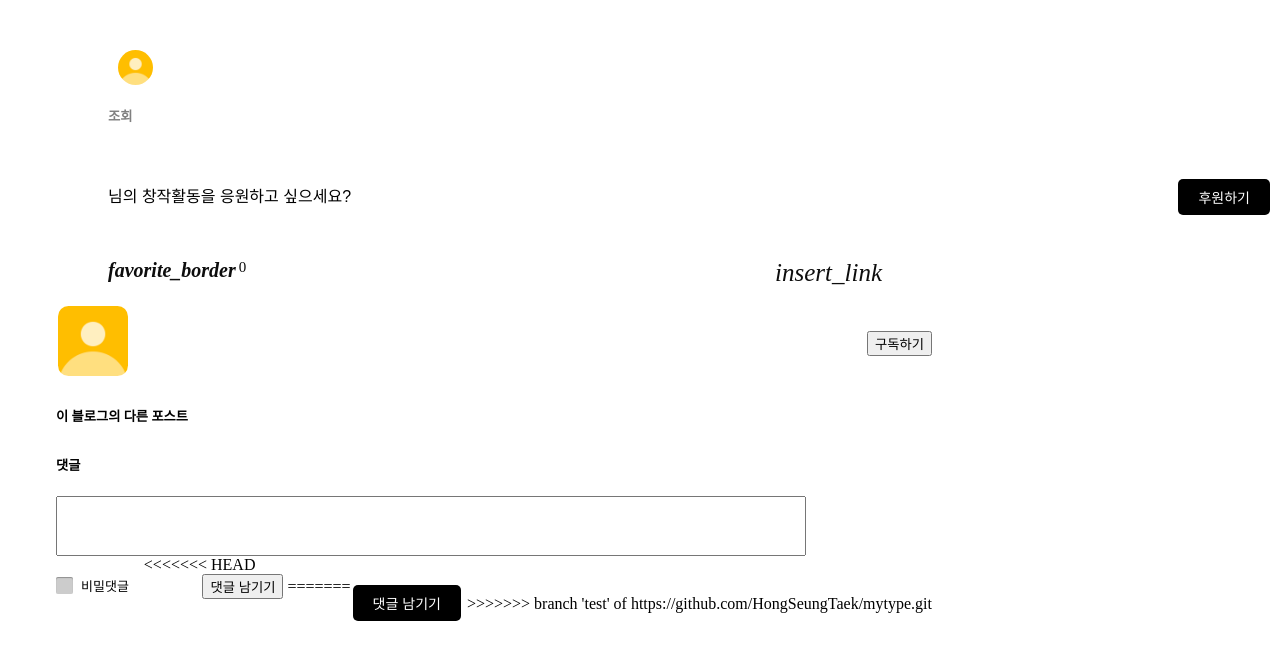
Repository: tiasilrans/N_Mytype
Page: http://localhost/workProject/WEB-INF/view/blog/post/postView.jsp
The author's editor kept a copy of each file at every save. The page is drawn from the files as they stood at one save, then again after the next save.
The browser window is 1280 px wide. The pictures show the whole page.
The page is served by Tomcat 9. Nobody is signed in. Other server files are loaded and not shown. The template is opened directly, without the code that normally fills it, so the values that code supplies are empty.

Above is the page before, as saved 2017-09-18 11:36:04.

### workProject/WebContent/WEB-INF/view/blog/post/postView.jsp
<%@ page language="java" contentType="text/html; charset=UTF-8"
    pageEncoding="UTF-8"%>
<%@ taglib prefix="c" uri="http://java.sun.com/jsp/jstl/core"%>
<link rel="stylesheet" href="/css/postviewcss.css">
<style>
input[type=checkbox] {
	display: none;
}

input[type=checkbox]+label {
	display: inline-block;
	cursor: pointer;
	position: relative;
	padding-left: 25px;
	margin-right: 15px;
	font-size: 13px;
}

input[type=checkbox]+label:before {
	content: "";
	display: inline-block;
	width: 17px;
	height: 17px;
	margin-right: 10px;
	position: absolute;
	left: 0;
	bottom: 1px;
	background-color: #ccc;
	border-radius: 2px;
	box-shadow: inset 0px 1px 1px 0px rgba(0, 0, 0, .3), 0px 1px 0px 0px
		rgba(255, 255, 255, .8);
}

input[type=checkbox]:checked+label:before {
	content: "\2714"; /* 체크모양 */
	text-shadow: 1px 1px 1px rgba(0, 0, 0, .2);
	font-size: 15px;
	font-weight: 800;
	color: #fff;
	background: #1a1a1a;
	text-align: center;
	line-height: 18px;
}
</style>

<div class="content" style="margin-top: 100px; margin-left: 100px; padding: 0px;">
	<div class="container">
		<div class="header">
			<div class="category" style="margin-bottom: 120px; margin-left: 3px;">
				<a style="color: black; font-family: sans-serif;" href="">${post.CATEGORY }</a>
			</div>

			<div style="margin-top: -70px;">
			<h1 class="title" style="font-family: sans-serif; font-weight: bold; color: black;">${post.TITLE }</h1>
			</div>
			<div class="subtitle" style="font-family: sans-serif; color: black; font-size: 18px; margin-left: 3px;">${post.SUBTITLE }</div>
			<div class="profile" style="margin-top: 45px;">
				<div class="media-profile">
                	<div class="media-left" style="margin: 10px;  vertical-align: middle;">
     						<img src="/images/avatar_yellow.png" class="media-object" style="width:45px; border-radius: 30px; width: 35px; height: 35px;">
   					</div>
    				<div class="media-body">
      					<h4 class="media-heading" style="font-family: sans-serif; color: black;">${post.NICKNAME }</h4>
     					<h4 style="font-family: sans-serif; color: #808080;"><small>${post.PDATE }</small> <small>조회 ${post.COUNT }</small></h4>
                	</div>
				</div>
			</div>
		</div>
		<div class="post-content" style="margin-top: 50px; color: black; font-family: sans-serif; font-weight: 700px;">
			<div class="free-content">
				${post.FCONTENT }
			</div>
			<c:choose>
				<c:when test="${post.CCONTENT ne ''}">
					<div class="charged-content">
						${post.CCONTENT }
					</div>
				</c:when>

			</c:choose>
		</div>
		<div class="support" style="display: table; width: 100%;">
			<div class="message" style="display: table-cell; vertical-align: middle; padding-right: .75rem; line-height: 1.25;
			font-family: sans-serif; color: black; font-weight: 800px;">
				${post.nickname }님의 창작활동을 응원하고 싶으세요?

			</div>
			<div style="display: table-cell;">
				<button class="button button1" style="float: right;">후원하기</button>
			</div>
		</div>
		<footer class="post-footer" style="margin-top: 40px;">
		<i class="material-icons" style="font-size: 20px; color: #0d0d0d; float: left; font-weight: bold;">favorite_border</i><span style="margin-left: 3px; color: #0d0d0d; font-size: 15px;">0</span>
		<i class="material-icons" title="링크복사" style="font-size: 25px; color: #0d0d0d; float: right; margin-right: 390px;">insert_link</i>
		</footer>
	</div>
</div>


<!-- 본문 아래 블로그 포스트 목록 * 댓글 -->

<aside class="container aside">
	<!-- 블로그 소개 섹션 -->
	<section class="">
		<div class="body blog-info" style="margin-bottom: 30px; margin-top: 30px;">
			<div class="media" style="margin-left: 50px;">
				<img src="/images/avatar_yellow.png" style="border-radius: 15%; height: 70px; width: 70px;">
			</div>
			<div class="media-body">

			</div>
			<button class="btn btn-default" style="float: right; margin-right: 340px; margin-top: -45px;">구독하기</button>
		</div>
	</section>
	<!-- 블로그 포스트 리스트 섹션 -->
	<section class="">
	<div style="margin-left: 48px; margin-bottom: 30px;">
	<h5>이 블로그의 다른 포스트</h5>
	</div>
	</section>
	<!-- 포스트 댓글 섹션 -->
	<section class="comments">
		<div class="body" style="margin-left: 48px;">
			<h5>댓글</h5>
			<div class="comments" id="comments">
				<form action="">
					<input type="hidden" value="" id="postNum">
					<textarea class="form-control autosize" name="content" id="mention" data-autosize-on="true"
						style="overflow: hidden; word-wrap: break-word; height: 60px; width: 750px; resize: none;"></textarea>
					<div class="clearfix">
	            		<div class="checkbox-wrap" style="float: left; margin-top: 20px;">
		                <input type="checkbox" id="notice" class="checkbox-style"/>
						<label for="notice">비밀댓글</label>
	            		</div>
<<<<<<< HEAD
		            	<div style="float: right;">
		                	<button class="btn btn-primary btn-create-comment">댓글 남기기</button>
=======
		            	<div style="float: right; margin-top: 7px; margin-right: 340px;">
		                	<button class="button button1">댓글 남기기</button>
>>>>>>> branch 'test' of https://github.com/HongSeungTaek/mytype.git
	           			</div>
        			</div>
				</form>
			</div>
		</div>

	</section>

</aside>

### workProject/WebContent/css/postviewcss.css
@CHARSET "utf-8";


.button {
	background-color: white; /*Green */
	border: none;
	color: white;
	padding: 8px 20px;
	text-align: center;
	text-decoration: none;
	display: inline-block;
	font-size: 14px;
	margin: 4px 2px;
	cursor: pointer;
	border-radius: 5px;
}

.button1 {
	background-color: black;
}



 a:link { color: white; text-decoration: none;}
 a:visited { color: white; text-decoration: none;}
 a:hover { color: white; text-decoration: none;}



 .clearfix::after {
    display: block;
    clear: both;
    content: "";
}

input[type=checkbox] {
	display: none;
}

input[type=checkbox]+label {
	display: inline-block;
	cursor: pointer;
	position: relative;
	padding-left: 25px;
	margin-right: 15px;
	font-size: 13px;
}

input[type=checkbox]+label:before {
	content: "";
	display: inline-block;
	width: 20px;
	height: 20px;
	margin-right: 10px;
	position: absolute;
	left: 0;
	bottom: 1px;
	background-color: #ccc;
	border-radius: 2px;
	box-shadow: inset 0px 1px 1px 0px rgba(0, 0, 0, .3), 0px 1px 0px 0px
		rgba(255, 255, 255, .8);
}

input[type=checkbox]:checked+label:before {
	content: "\2714"; /* 체크모양 */
	text-shadow: 1px 1px 1px rgba(0, 0, 0, .2);
	font-size: 18px;
	font-weight: 800;
	color: #fff;
	background: #1a1a1a;
	text-align: center;
	line-height: 18px;
}

After the next save:
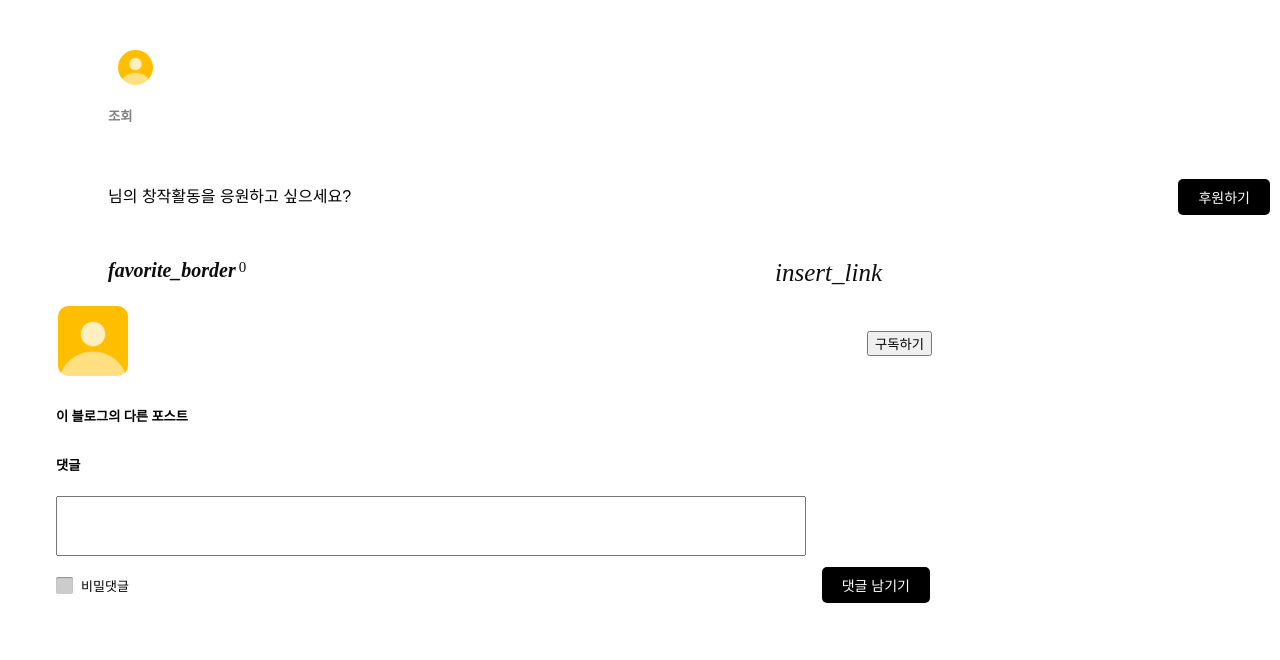
Saved 26 s later.
--- a/workProject/WebContent/WEB-INF/view/blog/post/postView.jsp
+++ b/workProject/WebContent/WEB-INF/view/blog/post/postView.jsp
@@ -132,13 +132,8 @@ input[type=checkbox]:checked+label:before {
 		                <input type="checkbox" id="notice" class="checkbox-style"/>
 						<label for="notice">비밀댓글</label>
 	            		</div>
-<<<<<<< HEAD
-		            	<div style="float: right;">
-		                	<button class="btn btn-primary btn-create-comment">댓글 남기기</button>
-=======
 		            	<div style="float: right; margin-top: 7px; margin-right: 340px;">
 		                	<button class="button button1">댓글 남기기</button>
->>>>>>> branch 'test' of https://github.com/HongSeungTaek/mytype.git
 	           			</div>
         			</div>
 				</form>
